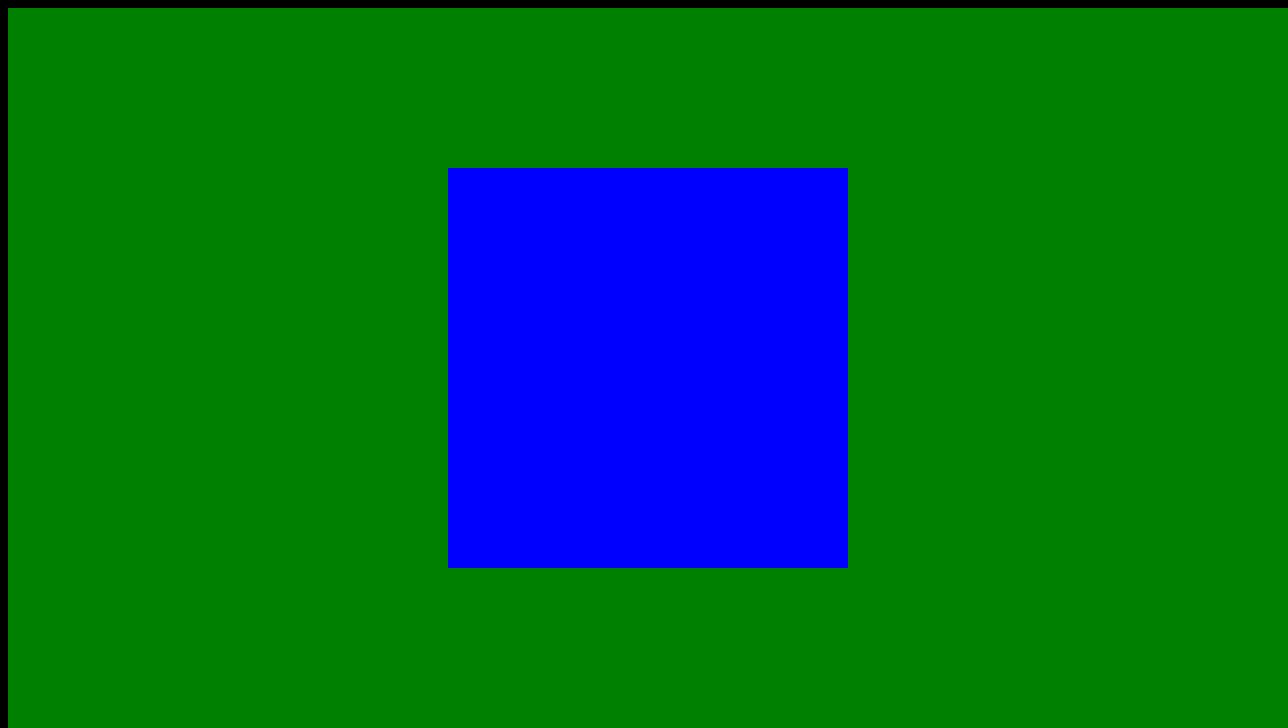
Repository: Lucianorodriguesdev/Projeto-RedeSocial
Page: index.html
The author's editor kept a copy of each file at every save. The page is drawn from the files as they stood at one save, then again after the next save.
The browser window is 1280 px wide. The page is 1288 px wide, so the pictures cover 1288 px, including what lies to the right of the window. The pictures show the whole page.

Above is the page before, as saved 2026-07-06 10:24:53.

### index.html
<!DOCTYPE html>
<html lang="pt-br">
<head>
    <meta charset="UTF-8">
    <meta name="viewport" content="width=device-width, initial-scale=1.0">
    <title>Rede Social</title>
    <link rel="shortcut icon" href="favicon.ico" type="image/x-icon">
    <link rel="stylesheet" href="estilo/style.css">
</head>
<body>
    <main>
        <section id="telefone">

        </section>
        <section id="redes-sociais">

        </section>
    </main>
</body>
</html>

### estilo/style.css
@charset "UTF-8"
*{
    margin: 0;
    padding: 0;
    box-sizing: border-box;
}
html,body{
    height:100vh;
    width: 100vw;
    background-color: black;
}
main{
    height: 100vh;
    position: relative;
    background-color: green;
}
#telefone{
    height: 400px;
    width: 400px;
    background-color: blue;
    position: absolute;
    top:50%;
    left: 50%;
    transform:translate(-50%,-50%)

}

After the next save:
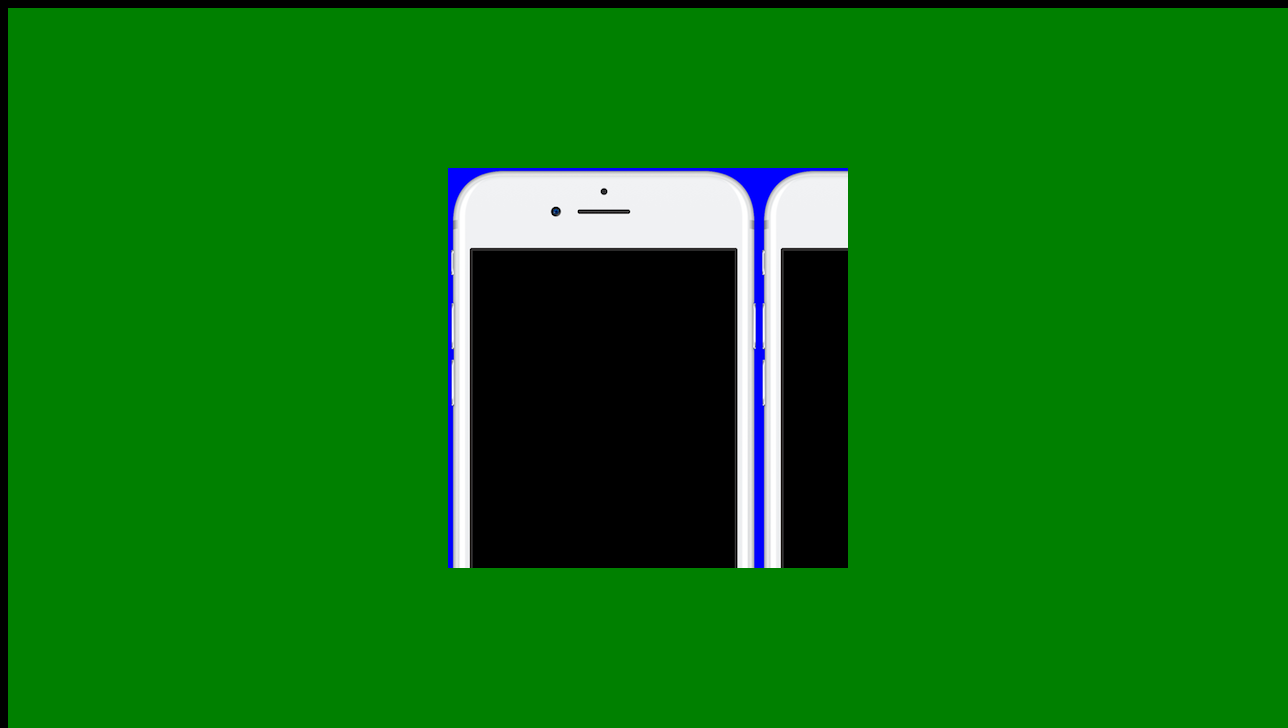
Saved 13 min 11 s later.
--- a/estilo/style.css
+++ b/estilo/style.css
@@ -21,6 +21,6 @@
     position: absolute;
     top:50%;
     left: 50%;
-    transform:translate(-50%,-50%)
-
+    transform:translate(-50%,-50%);
+    background-image: url('../imagens/frame-iphone.png');
 }
